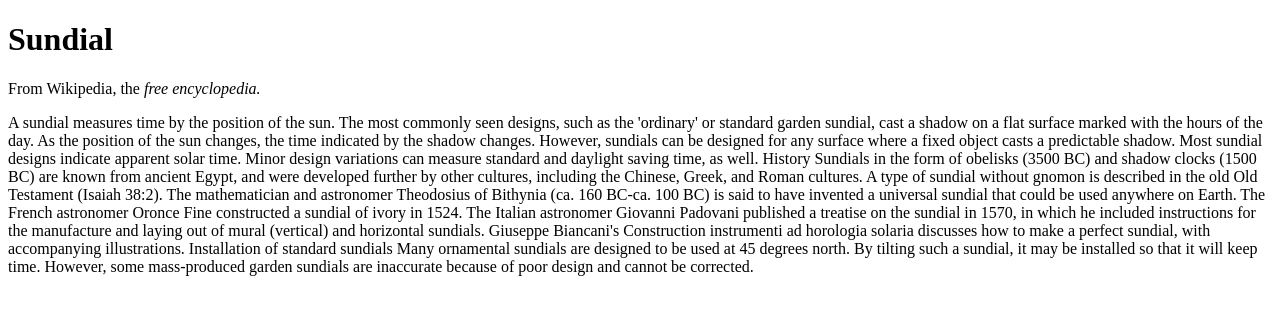
Repository: 9-5-pursuit/lab-intro-to-html
Page: sundial.html
These files come from the project's save history. The page is drawn as it stood at one moment and after the next save; the edit follows.
The browser window is 1280 px wide. The pictures show the whole page.

Above is the page before, as saved 2023-02-27 16:16:38.

After the next save:
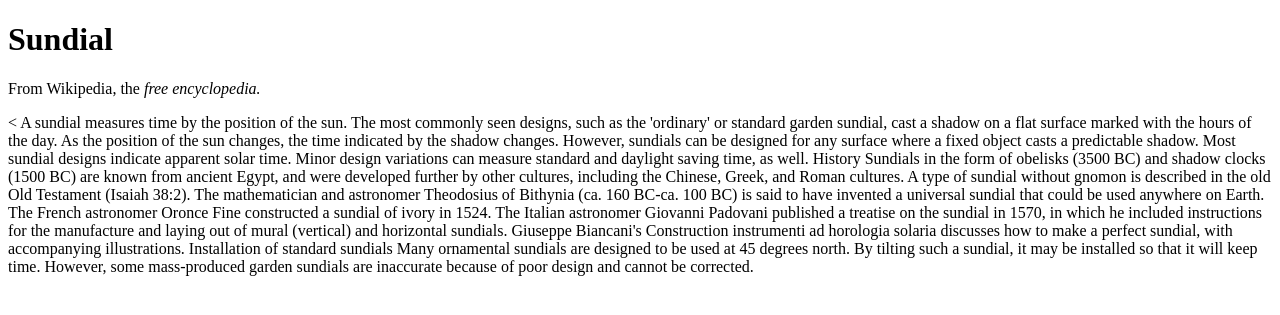
Saved 44 s later.
--- a/sundial.html
+++ b/sundial.html
@@ -16,7 +16,7 @@
     <p>
 
     </p>
-    A sundial measures time by the position of the sun. The most commonly seen designs, such as the
+  <  A sundial measures time by the position of the sun. The most commonly seen designs, such as the
     'ordinary' or standard garden sundial, cast a shadow on a flat surface
     marked with the hours of the day. As the position of the sun changes, the
     time indicated by the shadow changes. However, sundials can be designed for
